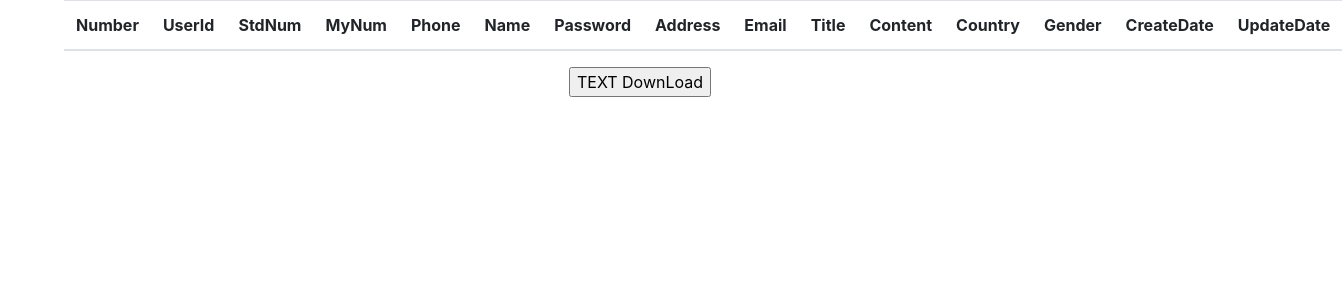
Repository: ken1087/practice
Page: http://localhost/pratice/WEB-INF/views/view.jsp
These files come from the project's save history. The page is drawn as it stood at one moment and after the next save; the edit follows.
The browser window is 1280 px wide. The page is 1342 px wide, so the pictures cover 1342 px, including what lies to the right of the window. The pictures show the whole page.
The page is served by Tomcat 9. Nobody is signed in. Other server files are loaded and not shown. The template is opened directly, without the code that normally fills it, so the values that code supplies are empty.

Above is the page before, as saved 2019-09-12 04:42:39.

### pratice/src/main/webapp/WEB-INF/views/view.jsp
<%@ page language="java" contentType="text/html; charset=UTF-8"
    pageEncoding="UTF-8"%>
<%@ taglib prefix="c" uri="http://java.sun.com/jsp/jstl/core" %>
<!DOCTYPE html>
<html>
<head>
<meta charset="UTF-8">
<title>kang homework</title>
<link rel="stylesheet" href="https://maxcdn.bootstrapcdn.com/bootstrap/4.3.1/css/bootstrap.min.css">
<script src="https://ajax.googleapis.com/ajax/libs/jquery/3.4.1/jquery.min.js"></script>
<script src="https://cdnjs.cloudflare.com/ajax/libs/popper.js/1.14.7/umd/popper.min.js"></script>
<script src="https://maxcdn.bootstrapcdn.com/bootstrap/4.3.1/js/bootstrap.min.js"></script>
<style>
	body{

		text-align: center;
	}
	.container1{
		display:inline-block;
		width:90%;
	}
</style>
</head>
<body>
	<div class="container1">
		<table id="download_table" class="table">
            <thead>
                <tr>
                	<!--Primary　Keyの項目5個  -->
                    <th>Number</th>
                    <th>UserId</th>
                    <th>StdNum</th>
                    <th>MyNum</th>
                    <th>Phone</th>
					<th>Name</th><!--項目10個追加表示  -->
					<th>Password</th>
					<th>Address</th>
					<th>Email</th>
					<th>Title</th>
					<th>Content</th>
                    <th>Country</th>
                    <th>Gender</th>
                    <th>CreateDate</th>
                    <th>UpdateDate</th>
                </tr>
            </thead>
            <tbody>
            	<c:forEach var="item" items="${user}">	<!-- 		Modelに格納したデータ（users） 		-->
            		<tr>
            			<!--Primary　Keyの項目5個  -->
                   		<td>${item.num}</td>
                   		<td>${item.userid}</td>
                   		<td>${item.stdnum}</td>
                   		<td>${item.mynum}</td>
                   		<td>${item.phone}</td>
                   		<!--項目10個  -->
                   		<td>${item.name}</td>
                   		<td>${item.password}</td>
                   		<td>${item.addr}</td>
                   		<td>${item.email}</td>
                   		<td>${item.title}</td>
                   		<td>${item.content}</td>
                   		<td>${item.country}</td>
                   		<td>${item.gender}</td>
                   		<td>${item.createDate}</td>
                   		<td>${item.updateDate}</td>
                	</tr>
            	</c:forEach>
            </tbody>
        </table>
        <div>
            <input type="button" id="download" value="TEXT DownLoad">
        </div>

	</div>
<script> //CSV FILE Download
    function download_csv(csv, filename) {
        var csvFile;
        var downloadLink;

        // CSV FILE
        csvFile = new Blob([csv], {type: "text/csv"});	//データ保存するBlob関数に配列とTypeを入力

        // Download link
        downloadLink 						= document.createElement("a");	//	a domを作成

        // File name
        downloadLink.download 		= filename;	//filenameを付ける

        // We have to create a link to the file
        downloadLink.href 				= window.URL.createObjectURL(csvFile);	//作成したa domにlinkを付ける

        // Make sure that the link is not displayed
        downloadLink.style.display 	= "none";	// 作成したa linkを見えないようにする

        // Lanzamos
        downloadLink.click();	//自動にClickする
    }

    function export_table_to_csv(html, filename) {
    	var csv = [];	//配列宣言
    	var rows = document.querySelectorAll("#download_table tr");	//Tableのtrを全部探す

        for (var i = 0; i < rows.length; i++) {	//trの数でfor文を利用する
    		var row = [], cols = rows[i].querySelectorAll("td, th");	//cols = tr[i]の中にあるtd or thを全部探す

            for (var j = 0; j < cols.length; j++)
                row.push(cols[j].innerText);	//row配列にcolsのTextを挿入

    		csv.push(row.join(","));	//csv配列に一つにした値を渡す
    	}

        // Download CSV
        download_csv(csv.join("\n"), filename);	//download_csvの関数にcsvとファイル名を渡す
    }

    document.querySelector("#download").addEventListener("click", function () {	//　downloadと書いてあるIdをClickすると
        var html = document.querySelector("#download_table").outerHTML;	//download_tableというClassの値を探す
    	export_table_to_csv(html, "table.csv");	//	tableと保存するファイル名を関数export_table_to_csvに渡す
    });
</script>
</body>
</html>

After the next save:
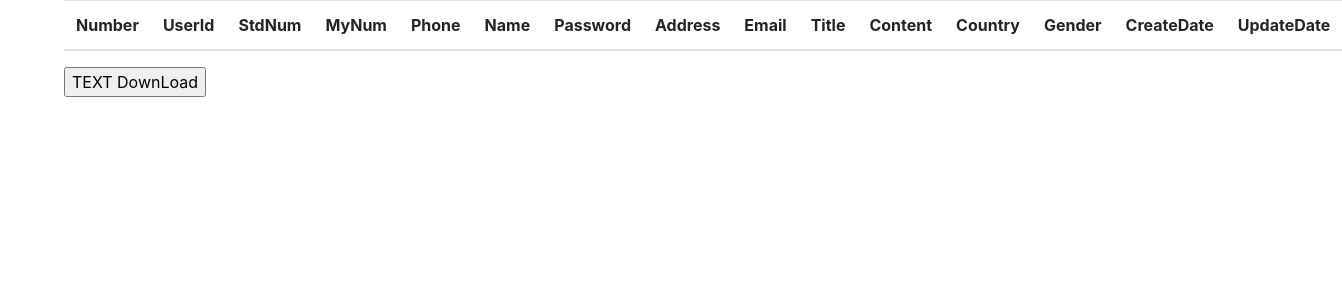
Saved 99 s later.
--- a/pratice/src/main/webapp/WEB-INF/views/view.jsp
+++ b/pratice/src/main/webapp/WEB-INF/views/view.jsp
@@ -18,6 +18,9 @@
 	.container1{
 		display:inline-block;
 		width:90%;
+	}
+	.downbutton{
+		text-align:left;
 	}
 </style>
 </head>
@@ -68,7 +71,7 @@
             	</c:forEach>
             </tbody>
         </table>
-        <div>
+        <div class="downbutton">
             <input type="button" id="download" value="TEXT DownLoad">
         </div>
 
